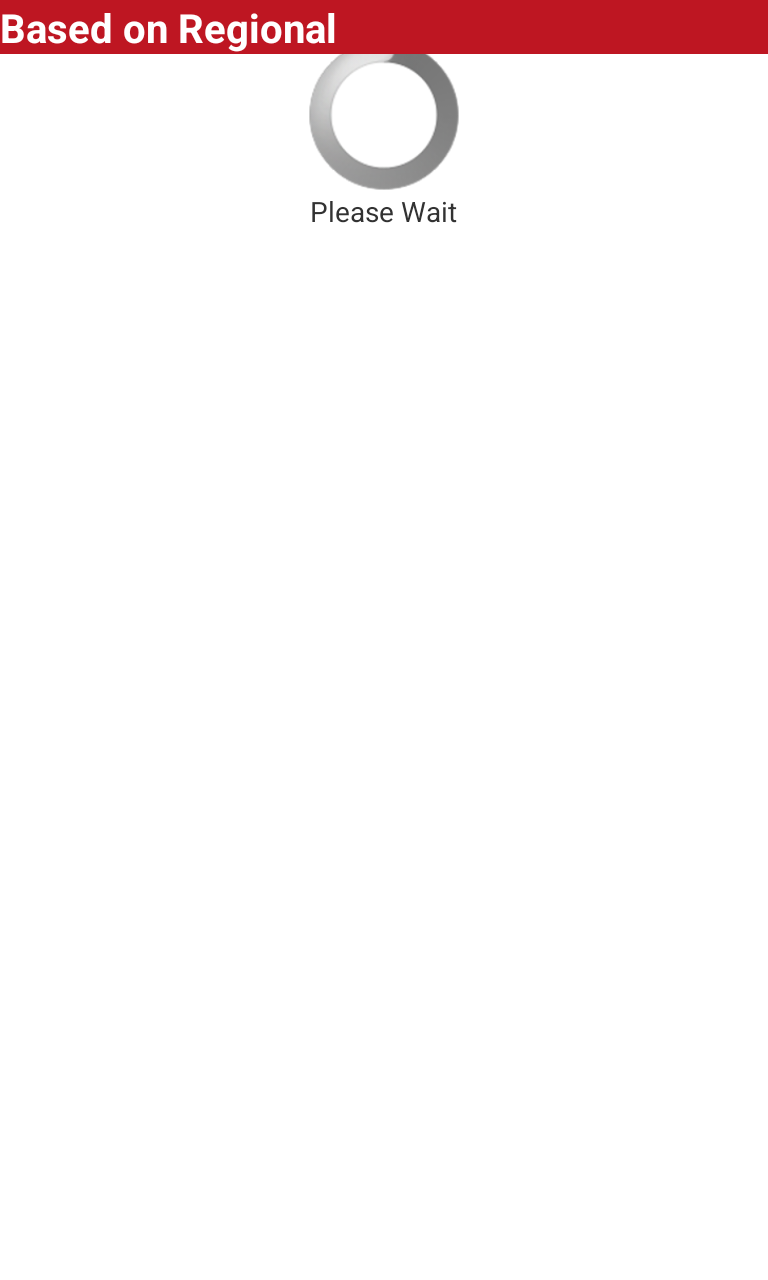
Repository: galihandy/chessboard
Layout: ArsenalIndonesia/res/layout/multiview_regional.xml
The author's editor kept a copy of each file at every save. The layout is drawn from the files as they stood at one save, then again after the next save.
It is drawn on a 768 x 1280 px phone screen (xhdpi) without system bars, with theme android:Theme.Light.NoTitleBar; the app's code is not run. Lists and similar views that code fills are empty.

Above is the layout before, as saved 2013-02-15 14:41:05.

After the next save:
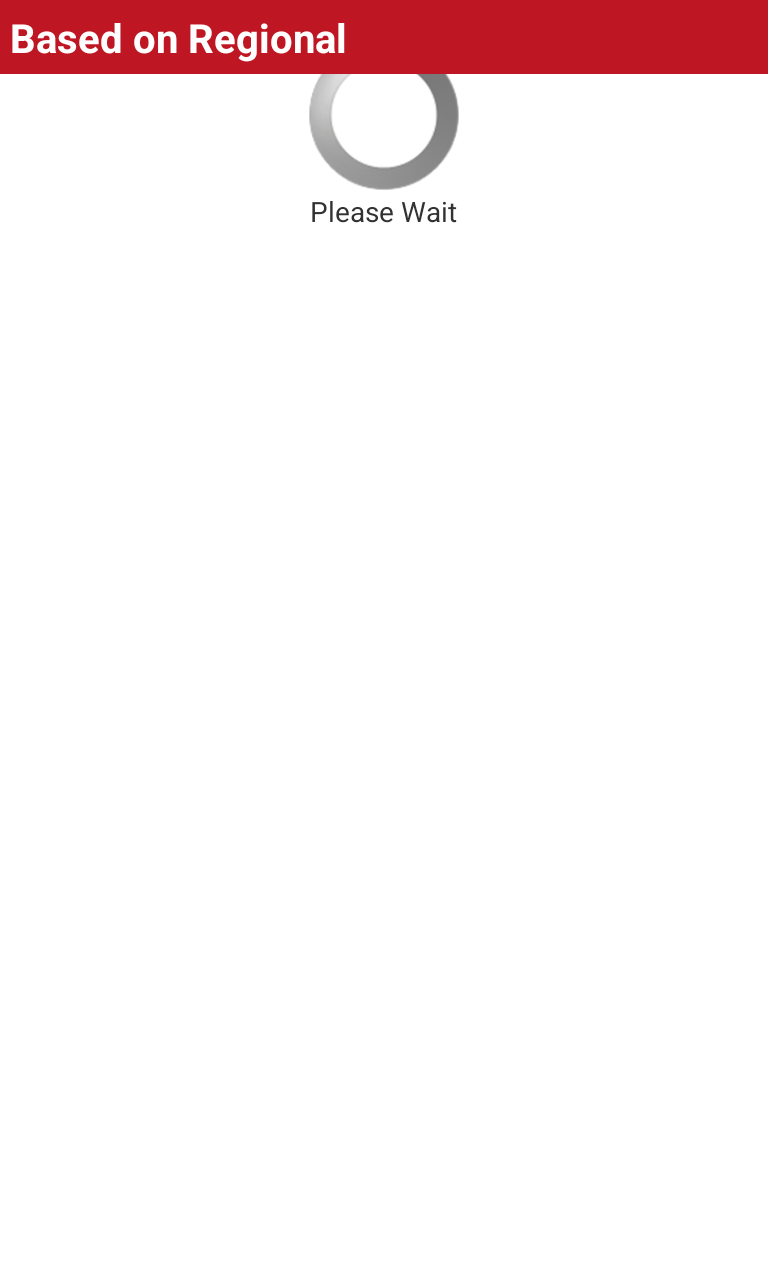
Saved 51 s later.
--- a/ArsenalIndonesia/res/layout/multiview_regional.xml
+++ b/ArsenalIndonesia/res/layout/multiview_regional.xml
@@ -45,7 +45,7 @@
             android:id="@+id/reg_page_title"
             android:layout_width="match_parent"
             android:layout_height="wrap_content"
-
+            android:padding="5dip"
             android:background="@drawable/red"
             android:text="@string/reg_pg_title_lbl"
             android:textColor="@android:color/white"
